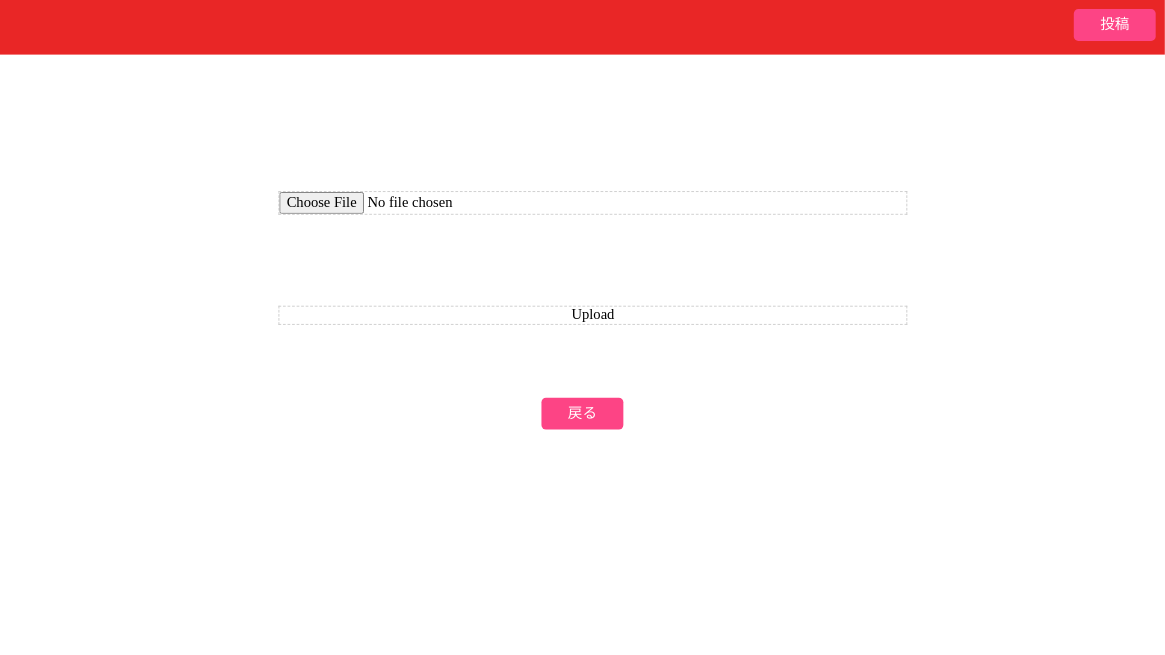
Repository: masaharu0090/yuibon_001
Page: http://localhost/ImagePosting_08.04/views/postImageForm.php?id=25
These files come from the project's save history. The page is drawn as it stood at one moment and after the next save; the edit follows.
The browser window is 1280 px wide. The pictures show the whole page, at 91% of full size.
The page is run by PHP 8.4 with error messages shown; the project is at /var/www/html/.

Above is the page before, as saved 2023-08-06 01:56:44.

### ImagePosting_08.04/views/postImageForm.php
<!DOCTYPE html>
<html lang="ja">

<head>
    <meta charset="UTF-8">
    <meta http-equiv="X-UA-Compatible" content="IE=edge">
    <meta name="viewport" content="width=device-width, initial-scale=1.0">
    <link rel="stylesheet" href="../assets/css/style.css">
    <title>画像投稿アプリ</title>
</head>

<body>
    <?php include('./header.php') ?>
    <div class="submitImage">
        <?php
        $action = isset($_GET['id']) ? "../api/updateImage.php?id={$_GET['id']}" : "../api/postImage.php";
        ?>
        <form action="<?php echo $action; ?>" method="post" enctype="multipart/form-data">
            <input type="file" name="file" id="file">
            <input type="submit" name="submit" value="Upload">
        </form>

        <button onclick="location.href='../html/index.php';" class="backButton">戻る</button>
    </div>
</body>


</html>

<script>
function previewFile(event) {
    var fileData = new FileReader();
    fileData.onload = (function() {
        document.getElementById('preview').src = fileData.result;
    });
    fileData.readAsDataURL(event.files[0]);
}
</script>

### ImagePosting_08.04/views/header.php
<!DOCTYPE html>
<html lang="ja">

<head>
    <meta charset="UTF-8">
    <meta http-equiv="X-UA-Compatible" content="IE=edge">
    <meta name="viewport" content="width=device-width, initial-scale=1.0">
    <link rel="stylesheet" href="../style.css">
    <title>画像投稿アプリ</title>
</head>

<body>
    <div class="header">
        <button class="postImage" onclick="location.href='../views/postImageForm.php';">投稿</button>
    </div>
</body>

</html>

### ImagePosting_08.04/assets/css/style.css
/*! destyle.css v3.0.2 | MIT License | https://github.com/nicolas-cusan/destyle.css */

/* Reset box-model and set borders */
/* ============================================ */

*,
::before,
::after {
  box-sizing: border-box;
  border-style: solid;
  border-width: 0;
}

/* Document */
/* ============================================ */

/**
 * 1. Correct the line height in all browsers.
 * 2. Prevent adjustments of font size after orientation changes in iOS.
 * 3. Remove gray overlay on links for iOS.
 */

html {
  line-height: 1.15; /* 1 */
  -webkit-text-size-adjust: 100%; /* 2 */
  -webkit-tap-highlight-color: transparent; /* 3*/
}

/* Sections */
/* ============================================ */

/**
 * Remove the margin in all browsers.
 */

body {
  margin: 0;
}

/**
 * Render the `main` element consistently in IE.
 */

main {
  display: block;
}

/* Vertical rhythm */
/* ============================================ */

p,
table,
blockquote,
address,
pre,
iframe,
form,
figure,
dl {
  margin: 0;
}

/* Headings */
/* ============================================ */

h1,
h2,
h3,
h4,
h5,
h6 {
  font-size: inherit;
  font-weight: inherit;
  margin: 0;
}
/* Lists (enumeration) */
/* ============================================ */


ul,
ol {
  margin: 0;
  padding: 0;
  list-style: none;
}

/* Lists (definition) */
/* ============================================ */

dt {
  font-weight: bold;
}

dd {
  margin-left: 0;
}

/* Grouping content */
/* ============================================ */

/**
 * 1. Add the correct box sizing in Firefox.
 * 2. Show the overflow in Edge and IE.
 */

hr {
  box-sizing: content-box; /* 1 */
  height: 0; /* 1 */
  overflow: visible; /* 2 */
  border-top-width: 1px;
  margin: 0;
  clear: both;
  color: inherit;
}

/**
 * 1. Correct the inheritance and scaling of font size in all browsers.
 * 2. Correct the odd `em` font sizing in all browsers.
 */

pre {
  font-family: monospace, monospace; /* 1 */
  font-size: inherit; /* 2 */
}

address {
  font-style: inherit;
}

/* Text-level semantics */
/* ============================================ */

/**
 * Remove the gray background on active links in IE 10.
 */

a {
  background-color: transparent;
  text-decoration: none;
  color: inherit;
}

/**
 * 1. Remove the bottom border in Chrome 57-
 * 2. Add the correct text decoration in Chrome, Edge, IE, Opera, and Safari.
 */

abbr[title] {
  text-decoration: underline dotted; /* 2 */
}

/**
 * Add the correct font weight in Chrome, Edge, and Safari.
 */

b,
strong {
  font-weight: bolder;
}

/**
 * 1. Correct the inheritance and scaling of font size in all browsers.
 * 2. Correct the odd `em` font sizing in all browsers.
 */

code,
kbd,
samp {
  font-family: monospace, monospace; /* 1 */
  font-size: inherit; /* 2 */
}

/**
 * Add the correct font size in all browsers.
 */

small {
  font-size: 80%;
}

/**
 * Prevent `sub` and `sup` elements from affecting the line height in
 * all browsers.
 */

sub,
sup {
  font-size: 75%;
  line-height: 0;
  position: relative;
  vertical-align: baseline;
}

sub {
  bottom: -0.25em;
}

sup {
  top: -0.5em;
}

/* Replaced content */
/* ============================================ */

/**
 * Prevent vertical alignment issues.
 */

svg,
img,
embed,
object,
iframe {
  vertical-align: bottom;
}

/* Forms */
/* ============================================ */

/**
 * Reset form fields to make them styleable.
 * 1. Make form elements stylable across systems iOS especially.
 * 2. Inherit text-transform from parent.
 */

button,
input,
optgroup,
select,
textarea {
  -webkit-appearance: none; /* 1 */
  appearance: none;
  vertical-align: middle;
  color: inherit;
  font: inherit;
  background: transparent;
  padding: 0;
  margin: 0;
  border-radius: 0;
  text-align: inherit;
  text-transform: inherit; /* 2 */
}

/**
 * Reset radio and checkbox appearance to preserve their look in iOS.
 */

[type="checkbox"] {
  -webkit-appearance: checkbox;
  appearance: checkbox;
}

[type="radio"] {
  -webkit-appearance: radio;
  appearance: radio;
}

/**
 * Correct cursors for clickable elements.
 */

button,
[type="button"],
[type="reset"],
[type="submit"] {
  cursor: pointer;
}

button:disabled,
[type="button"]:disabled,
[type="reset"]:disabled,
[type="submit"]:disabled {
  cursor: default;
}

/**
 * Improve outlines for Firefox and unify style with input elements & buttons.
 */

:-moz-focusring {
  outline: auto;
}

select:disabled {
  opacity: inherit;
}

/**
 * Remove padding
 */

option {
  padding: 0;
}

/**
 * Reset to invisible
 */

fieldset {
  margin: 0;
  padding: 0;
  min-width: 0;
}

legend {
  padding: 0;
}

/**
 * Add the correct vertical alignment in Chrome, Firefox, and Opera.
 */

progress {
  vertical-align: baseline;
}

/**
 * Remove the default vertical scrollbar in IE 10+.
 */

textarea {
  overflow: auto;
}

/**
 * Correct the cursor style of increment and decrement buttons in Chrome.
 */

[type="number"]::-webkit-inner-spin-button,
[type="number"]::-webkit-outer-spin-button {
  height: auto;
}

/**
 * 1. Correct the outline style in Safari.
 */

[type="search"] {
  outline-offset: -2px; /* 1 */
}

/**
 * Remove the inner padding in Chrome and Safari on macOS.
 */

[type="search"]::-webkit-search-decoration {
  -webkit-appearance: none;
}

/**
 * 1. Correct the inability to style clickable types in iOS and Safari.
 * 2. Fix font inheritance.
 */

::-webkit-file-upload-button {
  -webkit-appearance: button; /* 1 */
  font: inherit; /* 2 */
}

/**
 * Clickable labels
 */

label[for] {
  cursor: pointer;
}

/* Interactive */
/* ============================================ */

/*
 * Add the correct display in Edge, IE 10+, and Firefox.
 */

details {
  display: block;
}

/*
 * Add the correct display in all browsers.
 */

summary {
  display: list-item;
}

/*
 * Remove outline for editable content.
 */

[contenteditable]:focus {
  outline: auto;
}

/* Tables */
/* ============================================ */

/**
1. Correct table border color inheritance in all Chrome and Safari.
*/

table {
  border-color: inherit; /* 1 */
  border-collapse: collapse;
}

caption {
  text-align: left;
}

td,
th {
  vertical-align: top;
  padding: 0;
}

th {
  text-align: left;
  font-weight: bold;
}

/* 共通CSS */
/* ヘッダーCSS */
.header {
  width: 100%;
  height: 60px;
  background-color: #e92626;
  display: flex;
  justify-content: end;
}

.postImage {
  margin: 10px;
}

/* 画像投稿アプリ用buttonタグCSS */
button {
  color: #fff;
  background-color: #fd4485;
  width: 90px;
  height: 35px;
  text-align: center;
  border-radius: 5px;
}

/* 画像一覧ページ */
.imageList {
  width: 80%;
  margin: 10px auto 0 auto;
  display: flex;
  flex-wrap: wrap;
  justify-content: center;
  align-items: center;
}

.imageList img {
  width: 300px;
  height: 200px;
  object-fit: cover;
  margin: 10px;
  cursor: pointer;
}

.imageList img:hover {
  opacity: 70%;
}

.customDiv {
  display: flex;
  flex-wrap: wrap;
  justify-content: center;
  align-items: center;
}

.imageFrame {
  position: relative;
  width: calc(10% - 20px); /* 画像枠の幅を10%に設定 (10個の画像を横に並べるため) */
  margin: 5px;
  display: inline-block;
  border: 1px solid #ccc; /* 枠のデフォルトのスタイルを追加 */
  overflow: hidden; /* 画像のアスペクト比を保つために必要 */
}

.imageFrame img {
  max-width: 100%; /* 画像を枠内に収めるため、枠幅に合わせてサイズを調整 */
  height: auto;
  display: block;
}

.imageNumber {
  position: absolute;
  top: 5px;
  left: 5px;
  background-color: rgba(255, 255, 255, 0.8);
  border: 1px solid #ccc;
  border-radius: 5px;
  padding: 3px;
  font-size: 12px;
}

/* 画像が選択されていない空の枠のスタイル */
.emptyImageFrame {
  position: relative;
  width: calc(10% - 20px); /* 画像枠の幅を10%に設定 (10個の画像を横に並べるため) */
  margin: 5px;
  display: inline-block;
  border: 1px dashed #ccc; /* 薄い点線の枠を追加 */
  background-color: #f0f0f0; /* グレーの背景色を追加 */
  padding-top: calc(10% - 20px); /* 枠のアスペクト比を1:1に保つためのトリック */
  text-align: center; /* 番号を中央に表示するためのスタイル */
  line-height: calc(10% - 20px); /* 枠の高さに合わせて行の高さを調整 */
}

/* 画像が選択されていない空の枠のスタイル */
.emptyImageFrame {
  position: relative;
  width: calc(10% - 20px); /* 画像枠の幅を10%に設定 (10個の画像を横に並べるため) */
  margin: 5px;
  display: inline-block;
  border: 1px dashed #ccc; /* 薄い点線の枠を追加 */
  background-color: #f0f0f0; /* グレーの背景色を追加 */
  padding-top: calc(10% - 20px); /* 枠のアスペクト比を1:1に保つためのトリック */
}

/* 画像が選択されていない空の枠のスタイル */
.emptyImageFrame {
  width: calc(10% - 20px); /* 画像枠の幅を10%に設定 (10個の画像を横に並べるため) */
  height: 0;
  padding-top: 100%; /* 枠のアスペクト比を1:1に保つためのトリック */
  margin: 5px;
  display: inline-block;
  border: 1px dashed #ccc; /* 薄い点線の枠を追加 */
}


/* 画像一覧ページ.ページネーション */
.pagination {
  display: flex;
  justify-content: center;
}

.pagination li {
  display: inline;
  padding:10px 15px;
  margin: 3px;
  border:1px #ccc solid;color:#000053;
  border-radius: 5px;
  cursor: pointer;
}

/* 画像詳細ページ */
.detailImageBox {
  width: 80%;
  margin: 50px auto 0 auto;
  text-align: center;
  display: flex;
}

/* 画像 */
.detailImage {
  width: 60%;
}

.detailImage img {
  width: 100%;
  height: 460px;
  object-fit: cover;
}

.detailImagButton {
  width: 50%;
  margin: 10px auto 30px auto;
  display: flex;
  justify-content: space-around;
}

.updateButton {
  background-color: #78E40C;
}

.deleteButton {
  background-color: #FF0000;
}

/* 画像詳細ページ.コメント */
.comment {
  width: 40%;
  margin-left: 40px;
  text-align: left;
  list-style: none;
}

.comment ul {
  height: 280px;
  overflow-y: scroll;
}

.commentTitle {
  font-size: 20px;
  font-weight: bold;
  margin-bottom: 30px;
}

.comment li {
  margin-bottom: 20px;
}

textarea {
  width: 90%;
  height: 100px;
  resize: none;
  border: 1px solid #ccc;
  margin: 20px 0;
  border-radius: 5px;
}

.submitComment {
  width: 100%;
  margin: 0 auto;
  text-align: center;
}

.submitImage {
  width: 60%;
  margin: 100px auto 0 auto;
  text-align: center;
}

#preview {
  margin: 0 auto;
  width: 400px;
  height: 280px;
  object-fit: cover;
  border: 1px dashed #ccc;
}

.submitImage input {
  width: 90%;
  border: 1px dashed #ccc;
  margin: 50px;
}

.backButton {
  margin-top: 30px;
}

### ImagePosting_08.04/style.css
/*! destyle.css v3.0.2 | MIT License | https://github.com/nicolas-cusan/destyle.css */

/* Reset box-model and set borders */
/* ============================================ */

*,
::before,
::after {
  box-sizing: border-box;
  border-style: solid;
  border-width: 0;
}

/* Document */
/* ============================================ */

/**
 * 1. Correct the line height in all browsers.
 * 2. Prevent adjustments of font size after orientation changes in iOS.
 * 3. Remove gray overlay on links for iOS.
 */

html {
  line-height: 1.15; /* 1 */
  -webkit-text-size-adjust: 100%; /* 2 */
  -webkit-tap-highlight-color: transparent; /* 3*/
}

/* Sections */
/* ============================================ */

/**
 * Remove the margin in all browsers.
 */

body {
  margin: 0;
}

/**
 * Render the `main` element consistently in IE.
 */

main {
  display: block;
}

/* Vertical rhythm */
/* ============================================ */

p,
table,
blockquote,
address,
pre,
iframe,
form,
figure,
dl {
  margin: 0;
}

/* Headings */
/* ============================================ */

h1,
h2,
h3,
h4,
h5,
h6 {
  font-size: inherit;
  font-weight: inherit;
  margin: 0;
}
/* Lists (enumeration) */
/* ============================================ */


ul,
ol {
  margin: 0;
  padding: 0;
  list-style: none;
}

/* Lists (definition) */
/* ============================================ */

dt {
  font-weight: bold;
}

dd {
  margin-left: 0;
}

/* Grouping content */
/* ============================================ */

/**
 * 1. Add the correct box sizing in Firefox.
 * 2. Show the overflow in Edge and IE.
 */

hr {
  box-sizing: content-box; /* 1 */
  height: 0; /* 1 */
  overflow: visible; /* 2 */
  border-top-width: 1px;
  margin: 0;
  clear: both;
  color: inherit;
}

/**
 * 1. Correct the inheritance and scaling of font size in all browsers.
 * 2. Correct the odd `em` font sizing in all browsers.
 */

pre {
  font-family: monospace, monospace; /* 1 */
  font-size: inherit; /* 2 */
}

address {
  font-style: inherit;
}

/* Text-level semantics */
/* ============================================ */

/**
 * Remove the gray background on active links in IE 10.
 */

a {
  background-color: transparent;
  text-decoration: none;
  color: inherit;
}

/**
 * 1. Remove the bottom border in Chrome 57-
 * 2. Add the correct text decoration in Chrome, Edge, IE, Opera, and Safari.
 */

abbr[title] {
  text-decoration: underline dotted; /* 2 */
}

/**
 * Add the correct font weight in Chrome, Edge, and Safari.
 */

b,
strong {
  font-weight: bolder;
}

/**
 * 1. Correct the inheritance and scaling of font size in all browsers.
 * 2. Correct the odd `em` font sizing in all browsers.
 */

code,
kbd,
samp {
  font-family: monospace, monospace; /* 1 */
  font-size: inherit; /* 2 */
}

/**
 * Add the correct font size in all browsers.
 */

small {
  font-size: 80%;
}

/**
 * Prevent `sub` and `sup` elements from affecting the line height in
 * all browsers.
 */

sub,
sup {
  font-size: 75%;
  line-height: 0;
  position: relative;
  vertical-align: baseline;
}

sub {
  bottom: -0.25em;
}

sup {
  top: -0.5em;
}

/* Replaced content */
/* ============================================ */

/**
 * Prevent vertical alignment issues.
 */

svg,
img,
embed,
object,
iframe {
  vertical-align: bottom;
}

/* Forms */
/* ============================================ */

/**
 * Reset form fields to make them styleable.
 * 1. Make form elements stylable across systems iOS especially.
 * 2. Inherit text-transform from parent.
 */

button,
input,
optgroup,
select,
textarea {
  -webkit-appearance: none; /* 1 */
  appearance: none;
  vertical-align: middle;
  color: inherit;
  font: inherit;
  background: transparent;
  padding: 0;
  margin: 0;
  border-radius: 0;
  text-align: inherit;
  text-transform: inherit; /* 2 */
}

/**
 * Reset radio and checkbox appearance to preserve their look in iOS.
 */

[type="checkbox"] {
  -webkit-appearance: checkbox;
  appearance: checkbox;
}

[type="radio"] {
  -webkit-appearance: radio;
  appearance: radio;
}

/**
 * Correct cursors for clickable elements.
 */

button,
[type="button"],
[type="reset"],
[type="submit"] {
  cursor: pointer;
}

button:disabled,
[type="button"]:disabled,
[type="reset"]:disabled,
[type="submit"]:disabled {
  cursor: default;
}

/**
 * Improve outlines for Firefox and unify style with input elements & buttons.
 */

:-moz-focusring {
  outline: auto;
}

select:disabled {
  opacity: inherit;
}

/**
 * Remove padding
 */

option {
  padding: 0;
}

/**
 * Reset to invisible
 */

fieldset {
  margin: 0;
  padding: 0;
  min-width: 0;
}

legend {
  padding: 0;
}

/**
 * Add the correct vertical alignment in Chrome, Firefox, and Opera.
 */

progress {
  vertical-align: baseline;
}

/**
 * Remove the default vertical scrollbar in IE 10+.
 */

textarea {
  overflow: auto;
}

/**
 * Correct the cursor style of increment and decrement buttons in Chrome.
 */

[type="number"]::-webkit-inner-spin-button,
[type="number"]::-webkit-outer-spin-button {
  height: auto;
}

/**
 * 1. Correct the outline style in Safari.
 */

[type="search"] {
  outline-offset: -2px; /* 1 */
}

/**
 * Remove the inner padding in Chrome and Safari on macOS.
 */

[type="search"]::-webkit-search-decoration {
  -webkit-appearance: none;
}

/**
 * 1. Correct the inability to style clickable types in iOS and Safari.
 * 2. Fix font inheritance.
 */

::-webkit-file-upload-button {
  -webkit-appearance: button; /* 1 */
  font: inherit; /* 2 */
}

/**
 * Clickable labels
 */

label[for] {
  cursor: pointer;
}

/* Interactive */
/* ============================================ */

/*
 * Add the correct display in Edge, IE 10+, and Firefox.
 */

details {
  display: block;
}

/*
 * Add the correct display in all browsers.
 */

summary {
  display: list-item;
}

/*
 * Remove outline for editable content.
 */

[contenteditable]:focus {
  outline: auto;
}

/* Tables */
/* ============================================ */

/**
1. Correct table border color inheritance in all Chrome and Safari.
*/

table {
  border-color: inherit; /* 1 */
  border-collapse: collapse;
}

caption {
  text-align: left;
}

td,
th {
  vertical-align: top;
  padding: 0;
}

th {
  text-align: left;
  font-weight: bold;
}

/* 共通CSS */
/* ヘッダーCSS */
.header {
  width: 100%;
  height: 60px;
  background-color: #e92626;
  display: flex;
  justify-content: end;
}

.postImage {
  margin: 10px;
}

/* 画像投稿アプリ用buttonタグCSS */
button {
  color: #fff;
  background-color: #fd4485;
  width: 90px;
  height: 35px;
  text-align: center;
  border-radius: 5px;
}

/* 画像一覧ページ */
.imageList {
  width: 80%;
  margin: 10px auto 0 auto;
  display: flex;
  flex-wrap: wrap;
  justify-content: center;
  align-items: center;
}

.imageList img {
  width: 300px;
  height: 200px;
  object-fit: cover;
  margin: 10px;
  cursor: pointer;
}

.imageList img:hover {
  opacity: 70%;
}

.customDiv {
  display: flex;
  flex-wrap: wrap;
  justify-content: center;
  align-items: center;
}

.imageFrame {
  position: relative;
  width: calc(10% - 20px); /* 画像枠の幅を10%に設定 (10個の画像を横に並べるため) */
  margin: 5px;
  display: inline-block;
  border: 1px solid #ccc; /* 枠のデフォルトのスタイルを追加 */
  overflow: hidden; /* 画像のアスペクト比を保つために必要 */
}

.imageFrame img {
  max-width: 100%; /* 画像を枠内に収めるため、枠幅に合わせてサイズを調整 */
  height: auto;
  display: block;
}

.imageNumber {
  position: absolute;
  top: 5px;
  left: 5px;
  background-color: rgba(255, 255, 255, 0.8);
  border: 1px solid #ccc;
  border-radius: 5px;
  padding: 3px;
  font-size: 12px;
}

/* 画像が選択されていない空の枠のスタイル */
.emptyImageFrame {
  position: relative;
  width: calc(10% - 20px); /* 画像枠の幅を10%に設定 (10個の画像を横に並べるため) */
  margin: 5px;
  display: inline-block;
  border: 1px dashed #ccc; /* 薄い点線の枠を追加 */
  background-color: #f0f0f0; /* グレーの背景色を追加 */
  padding-top: calc(10% - 20px); /* 枠のアスペクト比を1:1に保つためのトリック */
  text-align: center; /* 番号を中央に表示するためのスタイル */
  line-height: calc(10% - 20px); /* 枠の高さに合わせて行の高さを調整 */
}

/* 画像が選択されていない空の枠のスタイル */
.emptyImageFrame {
  position: relative;
  width: calc(10% - 20px); /* 画像枠の幅を10%に設定 (10個の画像を横に並べるため) */
  margin: 5px;
  display: inline-block;
  border: 1px dashed #ccc; /* 薄い点線の枠を追加 */
  background-color: #f0f0f0; /* グレーの背景色を追加 */
  padding-top: calc(10% - 20px); /* 枠のアスペクト比を1:1に保つためのトリック */
}

/* 画像が選択されていない空の枠のスタイル */
.emptyImageFrame {
  width: calc(10% - 20px); /* 画像枠の幅を10%に設定 (10個の画像を横に並べるため) */
  height: 0;
  padding-top: 100%; /* 枠のアスペクト比を1:1に保つためのトリック */
  margin: 5px;
  display: inline-block;
  border: 1px dashed #ccc; /* 薄い点線の枠を追加 */
}


/* 画像一覧ページ.ページネーション */
.pagination {
  display: flex;
  justify-content: center;
}

.pagination li {
  display: inline;
  padding:10px 15px;
  margin: 3px;
  border:1px #ccc solid;color:#000053;
  border-radius: 5px;
  cursor: pointer;
}

/* 画像詳細ページ */
.detailImageBox {
  width: 80%;
  margin: 50px auto 0 auto;
  text-align: center;
  display: flex;
}

/* 画像 */
.detailImage {
  width: 60%;
}

.detailImage img {
  width: 100%;
  height: 460px;
  object-fit: cover;
}

.detailImagButton {
  width: 50%;
  margin: 10px auto 30px auto;
  display: flex;
  justify-content: space-around;
}

.updateButton {
  background-color: #78E40C;
}

.deleteButton {
  background-color: #FF0000;
}

/* 画像詳細ページ.コメント */
.comment {
  width: 40%;
  margin-left: 40px;
  text-align: left;
  list-style: none;
}

.comment ul {
  height: 280px;
  overflow-y: scroll;
}

.commentTitle {
  font-size: 20px;
  font-weight: bold;
  margin-bottom: 30px;
}

.comment li {
  margin-bottom: 20px;
}

textarea {
  width: 90%;
  height: 100px;
  resize: none;
  border: 1px solid #ccc;
  margin: 20px 0;
  border-radius: 5px;
}

.submitComment {
  width: 100%;
  margin: 0 auto;
  text-align: center;
}

.submitImage {
  width: 60%;
  margin: 100px auto 0 auto;
  text-align: center;
}

#preview {
  margin: 0 auto;
  width: 400px;
  height: 280px;
  object-fit: cover;
  border: 1px dashed #ccc;
}

.submitImage input {
  width: 90%;
  border: 1px dashed #ccc;
  margin: 50px;
}

.backButton {
  margin-top: 30px;
}

After the next save:
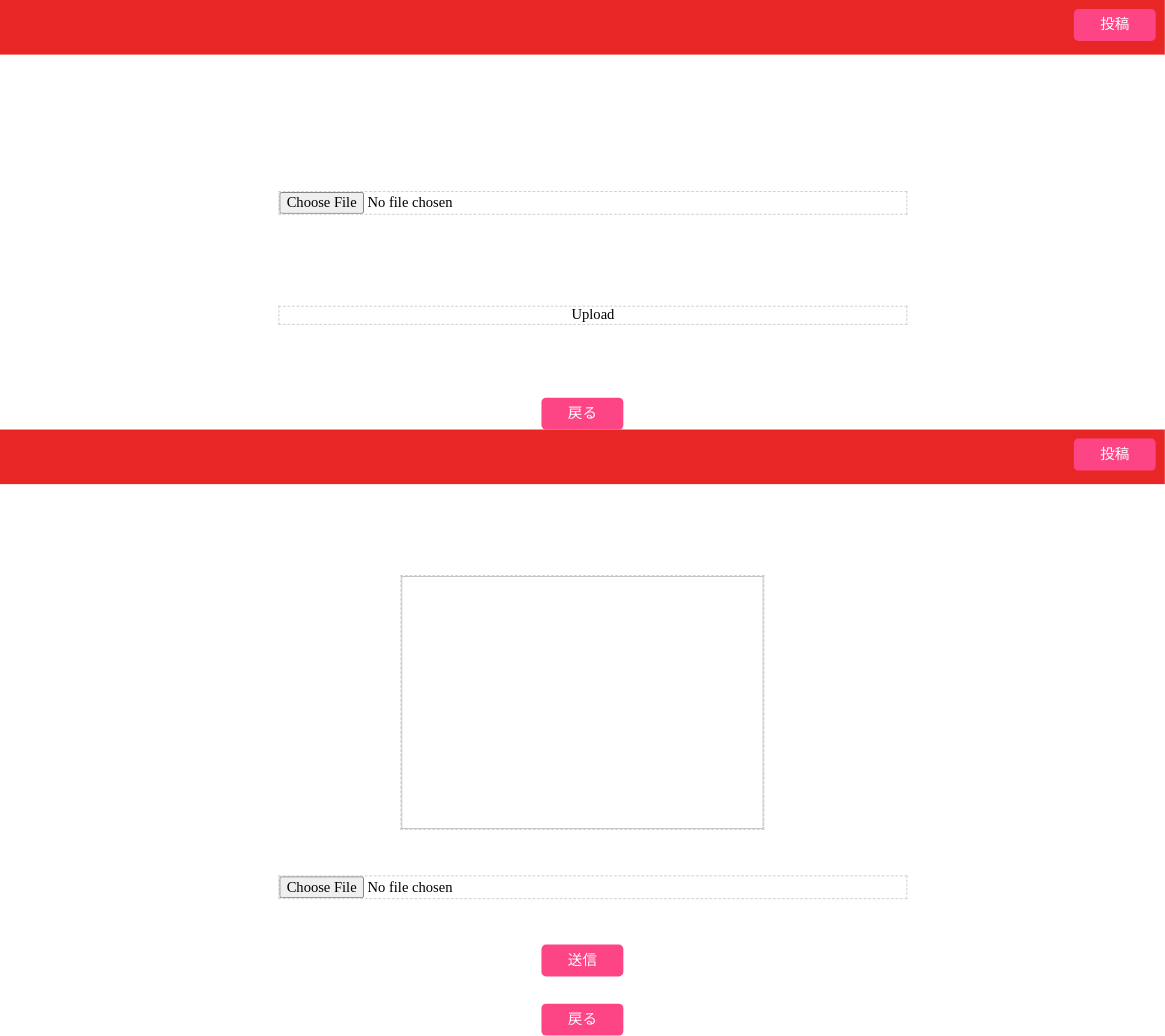
Saved 5 min 27 s later.
--- a/ImagePosting_08.04/views/postImageForm.php
+++ b/ImagePosting_08.04/views/postImageForm.php
@@ -24,6 +24,21 @@
     </div>
 </body>
 
+<body>
+    <?php include('./header.php') ?>
+    <div class="submitImage">
+        <?php if(isset($_GET['id'])) { ?>
+        <form action="../updateImage.php?id=<?php echo($_GET['id']); ?>" method="post" enctype="multipart/form-data">
+            <?php } else { ?>
+            <form action="../postImage.php" method="post" enctype="multipart/form-data">
+                <?php } ?>
+                <img id="preview">
+                <input type="file" name="file" onchange="previewFile(this);">
+                <button type="submit" name="submit">送信</button>
+            </form>
+            <button onclick="location.href='./index.php';" class="backButton">戻る</button>
+    </div>
+</body>
 
 </html>
 
